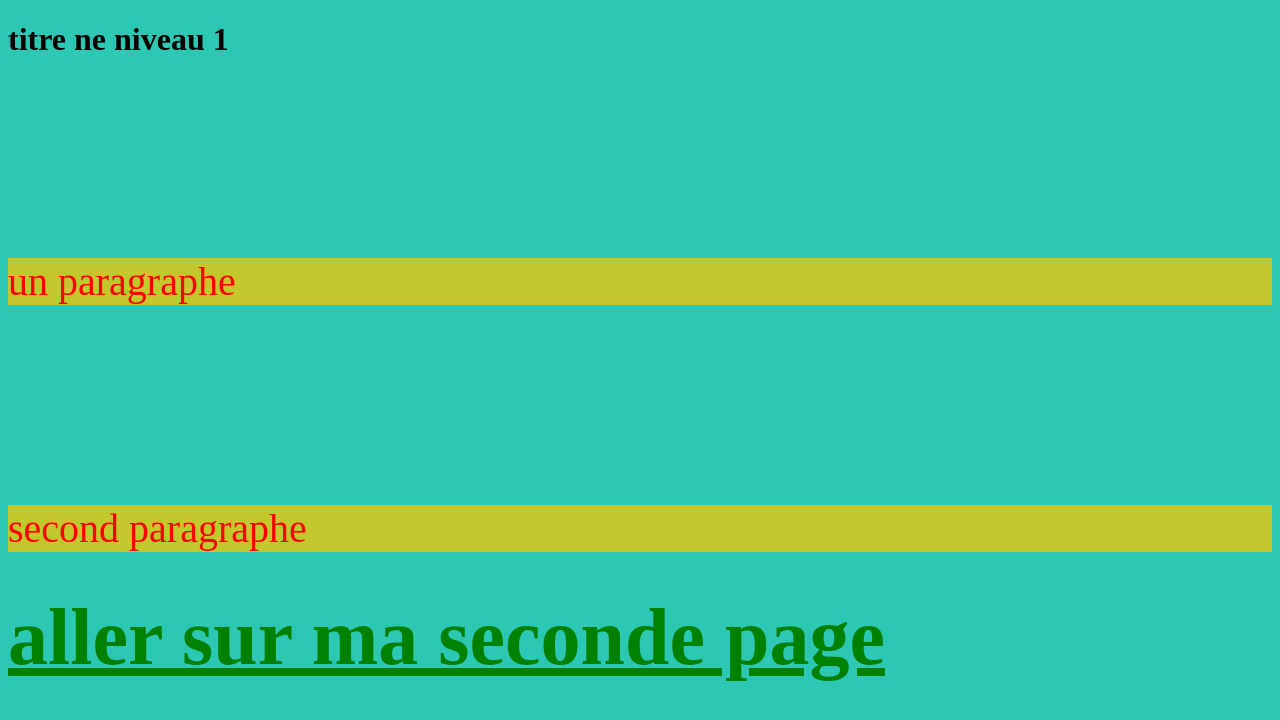
Repository: Poulpyto/fitec
Page: workspaceHtmlFlo/PremierTp_htmlCss/WebContent/htmlEtCss.html
These files come from the project's save history. The page is drawn as it stood at one moment and after the next save; the edit follows.
The browser window is 1280 px wide. The pictures show the whole page.

Above is the page before, as saved 2017-04-03 12:49:22.

### workspaceHtmlFlo/PremierTp_htmlCss/WebContent/htmlEtCss.html
<!DOCTYPE html>
<html>
	<head>
		<meta charset="UTF-8">
		<title>HTML et CSS</title>
		<link rel="stylesheet" href="css/style.css" />
	</head>
	<body>
		<h1>titre ne niveau 1</h1>
		<p>un paragraphe</p>
		<p>second paragraphe</p>
		<a href="C:\Users\Stagiaire\Desktop\workspaceHtmlFlo\PremierTp\WebContent\NewFile.html">aller sur ma seconde page</a>
	</body>
</html>

### workspaceHtmlFlo/PremierTp_htmlCss/WebContent/css/style.css
@CHARSET "UTF-8";

body{
	background-color: #2CC8B4;
}

p{
	background-color: #C3C82C;/*couleur de fond*/
	font-family: cursive;/*type de police*/
	font-size: 40px;/*taille police*/
	color: red;/*couleur decriture*/
	margin-top: 200px;
}

a{
	color: green;
	font-weight: bold;
	font-size: 500%;
}

After the next save:
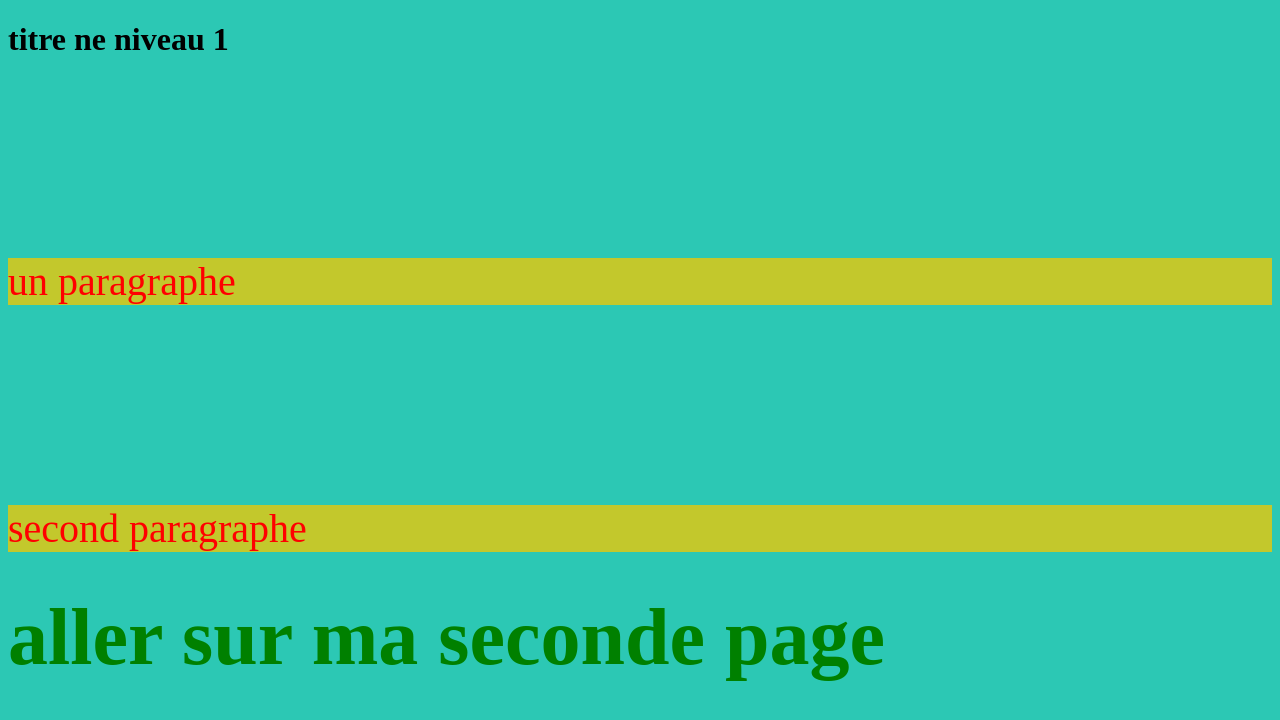
Saved 3 min 36 s later.
--- a/workspaceHtmlFlo/PremierTp_htmlCss/WebContent/css/style.css
+++ b/workspaceHtmlFlo/PremierTp_htmlCss/WebContent/css/style.css
@@ -16,4 +16,5 @@ a{
 	color: green;
 	font-weight: bold;
 	font-size: 500%;
+	text-decoration: none;
 }
